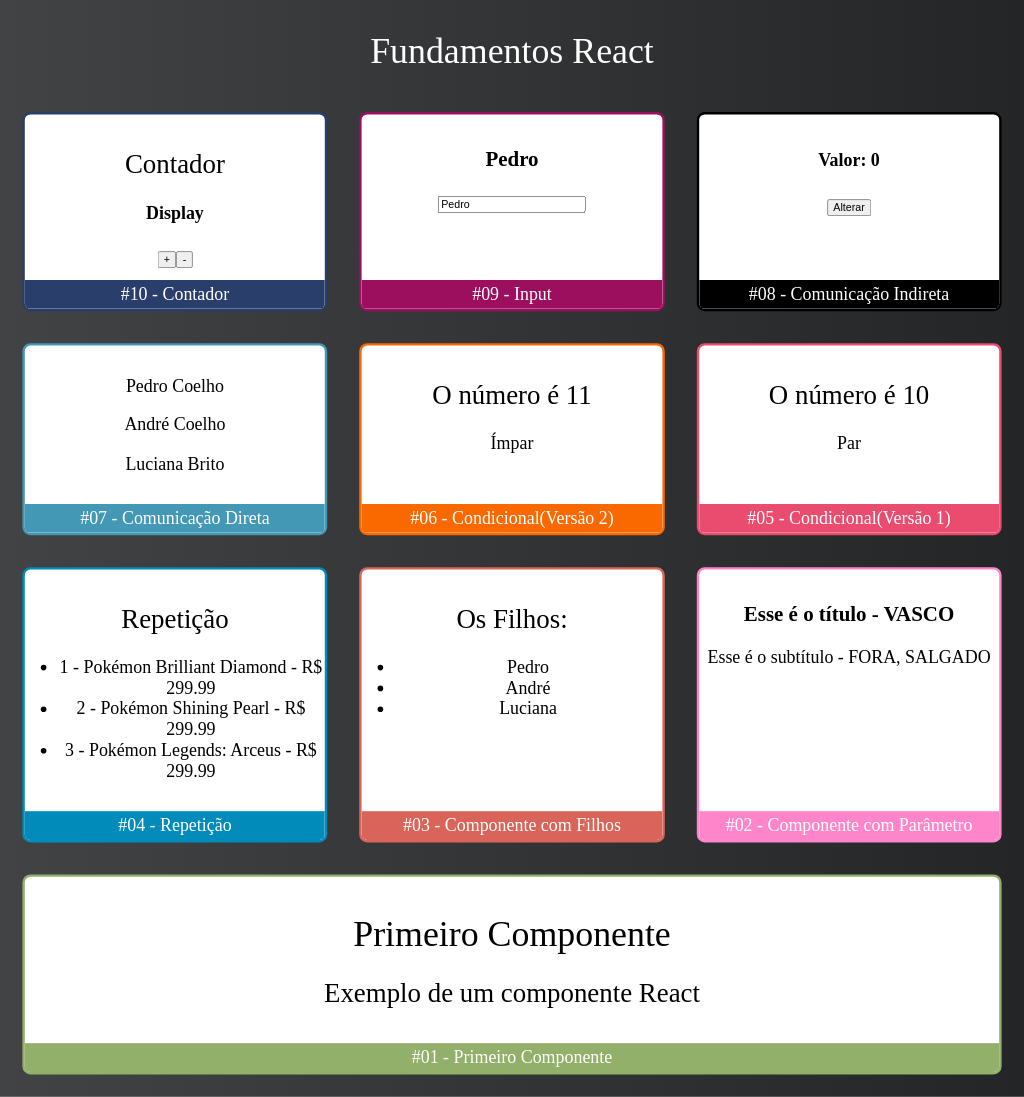
Repository: PedroHQCoelho/fundamentos-react
Page: /
The author's editor kept a copy of each file at every save. The page is drawn from the files as they stood at one save, then again after a run of saves.
The browser window is 1280 px wide. The pictures show the whole page, at 80% of full size.
The project was rebuilt for these pictures with package versions that can differ from the ones it lists, and the page was loaded fresh each time.

Above is the page before, as saved 2021-12-16 12:59:37.

After the next 2 saves:
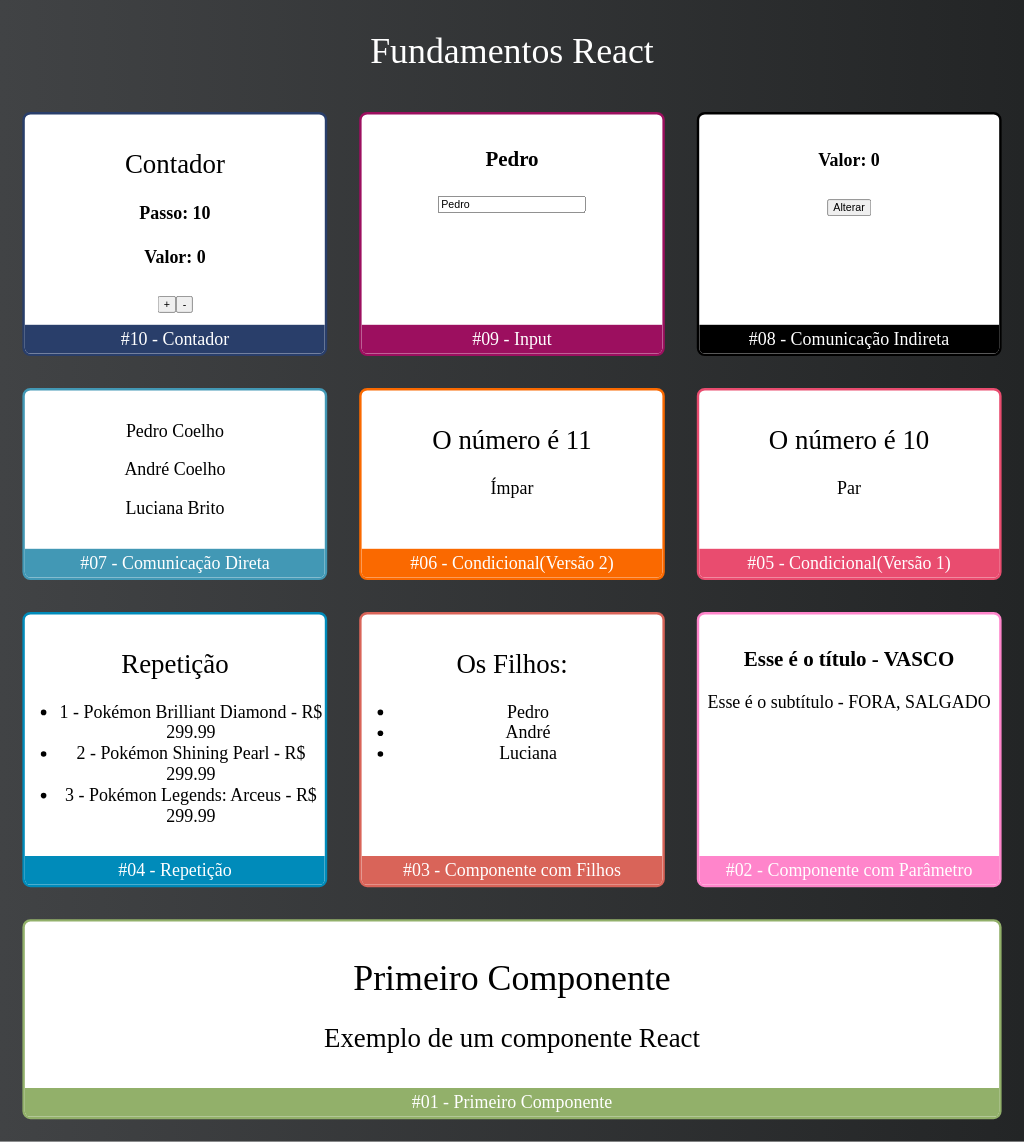
The 2 saves are shown as one change because 1 did not build or start.
The last was saved 3 min 10 s later.
--- a/src/components/contador/Contador.jsx
+++ b/src/components/contador/Contador.jsx
@@ -1,12 +1,22 @@
 import React, { Component } from "react";
 
 export default class Contador extends Component {
+
+    constructor(props){
+        super(props)
+
+        this.state = {
+            passo: props.passo,
+            valor: 0
+        }
+    }
 
     render(){
         return(
             <div>
                 <h2>Contador</h2>
-                <h4>Display</h4>
+                <h4>Passo: {this.state.passo}</h4>
+                <h4>Valor: {this.state.valor}</h4>
 
                 <div>
                     <button>+</button>
